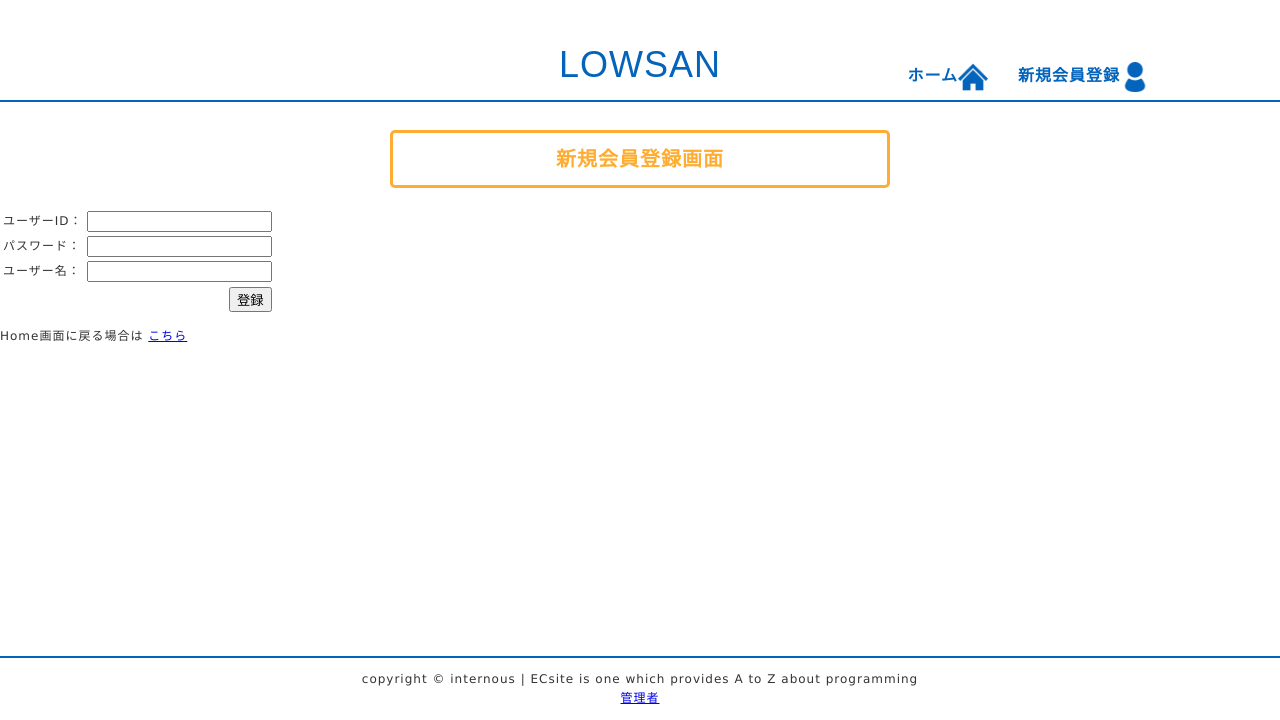
Repository: nishimura0212/myECsite
Page: http://localhost/ecsite/UserCreateAction
An editor plug-in stored every save of this project. The page is shown before and after the next save, followed by the edit.
The browser window is 1280 px wide. The pictures show the whole page.
The page is served by Tomcat 9. Other server files are loaded and not shown.

Above is the page before, as saved 2019-01-19 09:27:53.

### ecsite/WebContent/userCreate.jsp
<%@ page language="java" contentType="text/html; charset=UTF-8"
    pageEncoding="UTF-8"%>
<%@ taglib prefix="s" uri="/struts-tags" %>
<!DOCTYPE html>
<html>
<head>
<meta http-equiv="Content-Type" content="text/html; charset=UTF-8"/>
<meta http-equiv="Content-Script-Type" content="text/javascript"/>
<meta http-equiv="imagetoolbar" content="no"/>
<meta name="description" content=""/>
<meta name="keywords" content=""/>
<title>UserCreate画面</title>
<link rel="stylesheet" type="text/css" href="css/style.css">
</head>
<body>
	<div id="header">
		<p>LOWSAN</p>
		<div id="header-icon">
			<ul>
				<li class="icon">
					<a href="GoHomeAction">
					ホーム<img src="./img/icon/home.png" width="30px" height="30px">
					</a>
				</li>
				<li class="icon">
					<a href="UserCreateAction">
					新規会員登録<img src="./img/icon/human.png" width="30px" height="30px">
					</a>
				</li>
			</ul>
		</div>
	</div>
	<div id="main">
		<div id="top">
			<p>新規会員登録画面</p>
		</div>
		<div>
			<s:if test="errorMessage != ''">
				<s:property value="errorMessage" escape="false"/>
			</s:if>
			<table>
				<s:form action="UserCreateConfirmAction">
					<tr>
						<td>
						<label>ユーザーID：</label>
						</td>
						<td>
						<input type="text" name="loginUserId" value=""/>
						</td>
					</tr>
					<tr>
						<td>
						<label>パスワード：</label>
						</td>
						<td>
						<input type="text" name="loginPassword" value=""/>
						</td>
					</tr>
					<tr>
						<td>
						<label>ユーザー名：</label>
						</td>
						<td>
						<input type="text" name="userName" value=""/>
						</td>
					</tr>
					<s:submit value="登録"/>
				</s:form>
				</table>

				<div>
					<p>Home画面に戻る場合は
						<a href='<s:url action="GoHomeAction"/>'>こちら</a></p>
				</div>
		</div>
	</div>
	<div id="footer">
		<p>copyright &copy; internous | ECsite is one which provides A to Z about programming<br/>
		<a href = '<s:url action="AdminAction"/>'>管理者</a></p>
	</div>
</body>
</html>

### ecsite/WebContent/css/style.css
@CHARSET "UTF-8";

/* bodyレイアウト */
body{
	margin: 0;
	padding: 0;
	height: 100%;
	height: auto;
	line-height: 1.6;
	letter-spacing: 1px;
	font-family: Verdana,Helvetica,sans-serif;
	font-size: 12px;
	color: #333;
	background: #fff;
}

/* headerレイアウト */
#header{
	position: fixed;
	left: 0;
	top: 0;
	z-index: 2;
	width: 100%;
	height: 100px;
	text-align: center;
	background-color: #fff;
	border-bottom: 2px solid #0464bb;
}
#header p{
	color: #0464bb;
	font-family: "メイリオ",sans-serif;
	font-size: 36px;
}
#header-icon{
	position: absolute;
	top: 50px;
	right: 100px;
}
#header-icon .icon{
	float: left;
	margin: 0 auto;
	margin-right: 30px;
	list-style-type: none;
	font-size: 16px;
	font-weight: bold;
}
#header-icon .icon img{
	clear: both;
	vertical-align: middle;
}
#header-icon .icon a{
	color: #0464bb;
	text-decoration:none;
}
.icon:hover{
	cursor: pointer;
}

/* mainレイアウト */
#main{
	position: relative;
	top: 110px;
	width: 100%;
	padding-bottom: 60px;
}

.waku{
	margin-top: 50px;
}

/* 見出しレイアウト */
#top{
	width: 500px;
	margin: 0px auto;
	margin-top: 10px;
	text-align: center;
}
#top p{
	font-size: 20px;
	font-weight: bold;
	border: 3px solid #FFAD32;
	border-radius: 5px;
	color: #FFAD32;
	background-color: #fff;
	padding: 10px 0px;
}

/* tableレイアウト */
.table{
	margin: 0 auto;
	width: 800px;
	font-size: 24px;
	padding: 40px 30px 50px 20px;
	background-color: #FFFDEB;
	color: #FFAD32;
	border-radius: 10px;
}

/* ログイン画面 */
.textarea{
	width: 100%;
	height: 30px;
	font-size: 22px;
	padding-left: 1%;
	border-radius: 15px;
}
input[type="text"]:focus {
	border: 2px solid #FFD493;
	outline: 0;
}
input[type="password"]:focus {
	border: 2px solid #FFD493;
	outline: 0;
}
.error{
	margin: 0 auto;
	width: 500px;
	text-align: center;
}
.error p{
	color: #FF5151;
	font-size: 14px;
}
.single{
	margin-top: 20px;
	text-align: center;
	padding: 20px;
}
.single_btn{
	width: 100px;
	height: 40px;
	padding: 5px;
	background-color: #FFAD32;
	font-size: 12px;
	font-weight: bold;
	color: white;
	border-color: none;
	border-radius: 20px;
}
.single_btn:hover{
	background-color: #F99500;
	cursor: pointer;
}

/* 会員画面 */
.comment{
	text-align: center;
	font-size: 14px;
}
.main-text{
	text-align: center;
	margin-top: 10px;
}
.userButton{
	margin-top: 20px;
	width: 300px;
	height: 100px;
	color: #FFFDEB;
	font-size: 24px;
	background-color: #FFAD32;
	border-radius: 20px;
}
.userButton:hover{
	cursor: pointer;
	background-color: #F99500;
}

/* カテゴリ選択画面 */
.categoryBox{
	margin: 0 auto;
	margin-top: 30px;
	width: 600px;
	text-align: center;
}
.category{
	margin: 0 auto;
	display: inline-block;
	text-align: center;
}
.categoryCircle{
	margin: 0 auto;
	float: left;
}
.circle{
	width: 200px;
	height: 200px;
	margin: 0px 20px 10px 20px;
	border-radius: 50%;
	font-size: 30px;
	border: 5px solid #FFBF60;
	background-color: #FFFDEB;
}
.circle:hover{
	background-color: #FFBF60;
	color: #FFFDEB;
	border: none;
	cursor: pointer;
}
#empty{
	clear: both;
}

/* 商品選択画面 */
.item-wrap{
	width: 700px;
	margin: 30px auto;
	height: 100%;
	padding-bottom: 60px;
}
.itemBox{
	width: 300px;
	height: 250px;
	text-align: center;
	border: 2px dotted gray;
	margin: 20px 20px 20px 20px;
	background-color: #f9fcb6;
}
.itemBox img{
	width: 250px;
	height: 250px;
}
.itemName{
	margin: 0;
	font-size: 15px;
}
.flex-container{
	display: inline-flex;
}

/* 商品購入画面 */
.containerA{
	margin: 0 auto;
	margin-top: 20px;
	margin-right: 50px;
	text-align: center;
}
.left{
	width: 300px;
	height: 300px;
}
.left img{
	width: 100%;
}
.right{
	height: 300px;
	font-size: 20px;
	margin-top: 30px;
	border-collapse: collapse;
}
.td-left{
	text-align: center;
	background-color: #FFBF60;
	border: 1px solid lightgray;
}
.td-right{
	text-align: left;
	padding: 0px 10px;
	border: 1px solid lightgray;
}
.td-submit{
	background-color: #fff;
}
.select{
	width: 50px;
	font-size: 20px;
}
.select:hover{
	cursor: pointer;
}
.block{
	width: 100px;
	display: block;
}

/* 商品購入確認画面 */
.containerB{
	margin: 0 auto;
	margin-left: 150px;
	text-align: center;
}
.button{
	position: relative;
	top: 350px;
	right: 210px;
}
.gray_btn{
	width: 100px;
	height: 40px;
	padding: 5px;
	background-color: #808080;
	font-size: 12px;
	font-weight: bold;
	color: white;
	border-color: none;
	border-radius: 20px;
}
.gray_btn:hover{
	background-color: #666666;
	cursor: pointer;
}

/* 商品購入完了画面 */
.center{
	width: 400px;
	margin: 0 auto;
	margin-top: 50px;
}
.comment p{
	height: 50px;
	line-height: 50px;
	font-size: 16px;
	border: 2px solid gray;
	border-radius: 5px;
}

/* 商品購入履歴画面 */
.history-table{
	margin:0 auto;
	font-size: 16px;
	border-collapse: collapse;
	border: 1px solid lightgray;
	text-align: center;
}
.history-table th{
	border: 1px solid lightgray;
}
.history-table td,.td-img{
	border: 1px solid lightgray;
}
.history-table tr:first-child{
	background-color: #FFBF60;
}
.td-img img{
	width: 100px;
	height: 100px;
}

/* 商品購入画面 */
.pay-method{
	text-align: center;
	font-size: 14px;
}
.pay-method h4{
	margin: 0 auto;
	margin-top: 20px;
	width: 300px;
	border: 2px solid #FFAD32;
	border-radius: 5px;
}





.buy-item-button{
	margin: 20px;
	width: 100px;
	height: 50px;
	background-color: #eee;
	border-radius: 20%;
}
.buy-item-button:hover{
	cursor: pointer;
	background-color: #f9fcb6;
}
.pointer:hover{
	cursor: pointer;
}
.button1{
	margin: 0 20px auto;
	float: left;
}
.submit{
	width: 300px;
	height: 400px;
	border-radius: 10%;
	background-color: #f8f8f8;
	font-size: 30px;
}
.submit:hover{
	box-shadow: none;
	background-color: #ffff80;
	cursor: pointer;
}
#text-link{
	display: inline-block;
	text-align: right;
}
#text-right{
	display: inline-block;
	text-align: right;
}
.text-right{
	display: inline-block;
	margin-left: 4%;
}
#wrap{
	margin: 0 40% auto;
}
#left{
	float: left;
	width: 50%;
}
#right{
	float: left;
	width: 50%;
}
.text-center{
	display: inline-block;
	text-align: center;
}
#text{
	clear: left;
	padding-top: 20px;
	width: 780px;
	margin: 30px auto;
}
.text{
	text-align: center;
}
#list{
	border: 2px dotted gray;
	width: 500px;
	height: 100px;
	background-color: lightyellow;
	margin: 30px auto;
}
#list ul li{
	display: inline-block;
	list-style-type: none;
	margin-right: 2em;
}
#button{
	display: inline-block;
	text-align: center;
}
#empty{
	clear: both;
}
.button{
	margin: 0 auto;
	float: left;
	margin-right: 10px;
}
.button:hover{
	cursor: pointer;
}
.category_button{
	margin: 0 auto;
	float: left;
}
.item{
	width: 200px;
	height: 200px;
	margin: 0px 20px 10px 20px;
	border-radius: 50%;
	font-size: 30px;
}





/* footerレイアウト */
#footer{
	clear: both;
	position: fixed;
	left: 0;
	bottom: 0;
	z-index: 2;
	width: 100%;
	background-color: #fff;
	border-top: 2px solid #0464bb;
}
#footer p{
	text-align: center;
}

After the next save:
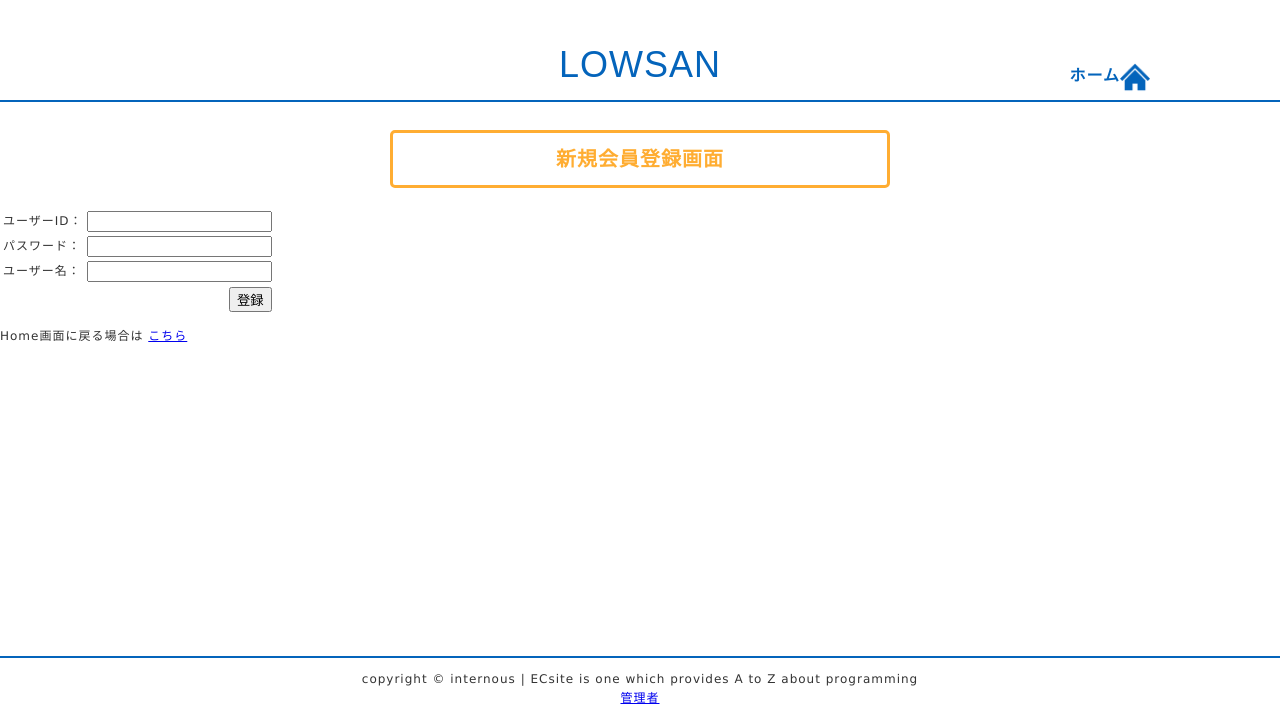
Saved 15 s later.
--- a/ecsite/WebContent/userCreate.jsp
+++ b/ecsite/WebContent/userCreate.jsp
@@ -20,11 +20,6 @@
 				<li class="icon">
 					<a href="GoHomeAction">
 					ホーム<img src="./img/icon/home.png" width="30px" height="30px">
-					</a>
-				</li>
-				<li class="icon">
-					<a href="UserCreateAction">
-					新規会員登録<img src="./img/icon/human.png" width="30px" height="30px">
 					</a>
 				</li>
 			</ul>
